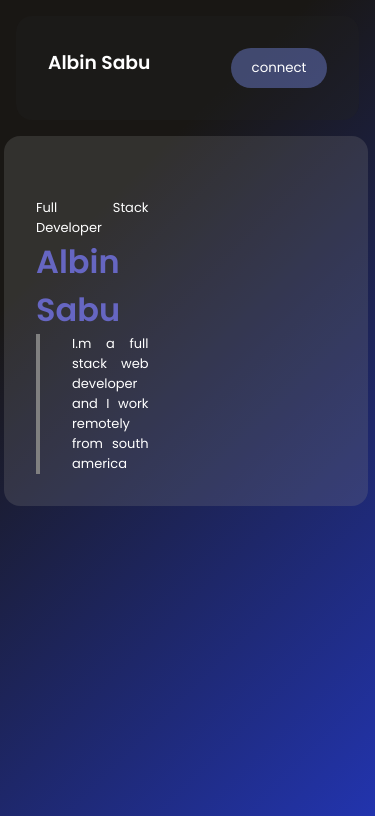
Repository: albinsabu2023/personalwebsite
Page: index.html
The author's editor kept a copy of each file at every save. The page is drawn from the files as they stood at one save, then again after the next save.
The browser window is 375 px wide. The pictures show the whole page.

Above is the page before, as saved 2023-09-02 12:46:15.

### index.html
<!DOCTYPE html>
<html lang="en">
<head>
    <meta charset="UTF-8">
    <meta name="viewport" content="width=device-width, initial-scale=1.0">
    <title>Document</title>
    <link rel="stylesheet" href="style.css">
    <link rel="stylesheet" href="media.css">
</head>
<body>
    <nav >
        <h3 class="title">Albin Sabu</h3>
        <ul>
            <li class><a href="#home">Home</a></li>
            <li><a href="#about">About Me</a></li>
            <li><a href="#project">Projects</a></li>
            <li><a href="#contact">Contact</a> </li>
        </ul>
        <button class="btn-connect">connect</button>
    </nav>
    <div id="home">

        <div class="profile__text">

            <p>Full Stack Developer</p>
            <h1>Albin Sabu</h1>
            <div class="profile__detail">
                <span class="line"> </span>
                <p>I.m a full stack web developer and I work remotely from south america</p>

            </div>

        </div>
        <div class="profile__img"></div>
        <div class="profile__links"></div>
    </div>
</body>
</html>

### style.css
@import url('https://fonts.googleapis.com/css2?family=Poppins:ital,wght@0,300;0,400;0,500;0,600;1,300;1,500;1,600&display=swap');
*{
    margin:0;
    font-family: 'Poppins', sans-serif;

}
body{

    color: white;
    margin-top: 1rem;

    background-color: #2234ae;
    height:100vh;
    background-image: linear-gradient(315deg, #2234ae 0%, #191714 74%);

}
nav{
    position: sticky;
    z-index: 0;
    display: flex;
    padding: 2rem;
    margin: 1rem;
    background-color: rgba(34, 34, 34, 0.3);
    border-radius: 1rem;
    justify-content: space-between;

}

nav ul{
    list-style-type: none;
    display: flex;
    gap: 2rem;
    justify-content: space-between;



}

nav ul li:hover{
    background: rgba(74, 74, 74, 0.4);


}
nav ul li{
    padding: 5px;
    border-radius: 1rem;
    text-align: center;
    width: 8rem;


}
nav ul li a{
    text-decoration: none;
    color: white;
}

.btn-connect{
    background: rgba(104, 121, 197, 0.5);
    border: none;
    color: white;
    padding: 10px;
    border-radius: 3rem;
    width: 6rem;

}
.btn-connect:hover{
    background: #0c68f2;
}

#home{
    margin: 3rem;
    padding: 2rem;
    background: rgba(128, 128, 128, 0.24);
    border-radius: 1rem;


}
.line{
    border: gray 2px solid;
}
.profile__text{
    width: 30vw;
    text-align: justify;
    margin-top: 30px;
}
.profile__text p{
    font-size: small;
}
.profile__text h1{
    color: rgb(102, 102, 194);

}
.profile__detail{
    display: flex;
    flex-direction: col;
    gap: 2rem;

}

### media.css
@media  screen and (max-width:600px) {
    nav ul{
        flex-direction: column;
        display: none;

    }
    #home{
        margin: 4px;
        width: 80vw;
    }
}

After the next save:
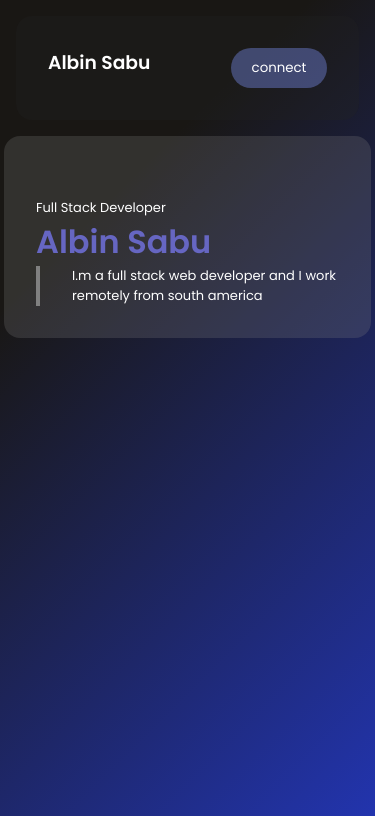
Saved 23 s later.
--- a/media.css
+++ b/media.css
@@ -6,6 +6,9 @@
     }
     #home{
         margin: 4px;
-        width: 80vw;
+
+    }
+    .profile__text{
+        width:80vw;
     }
 }
